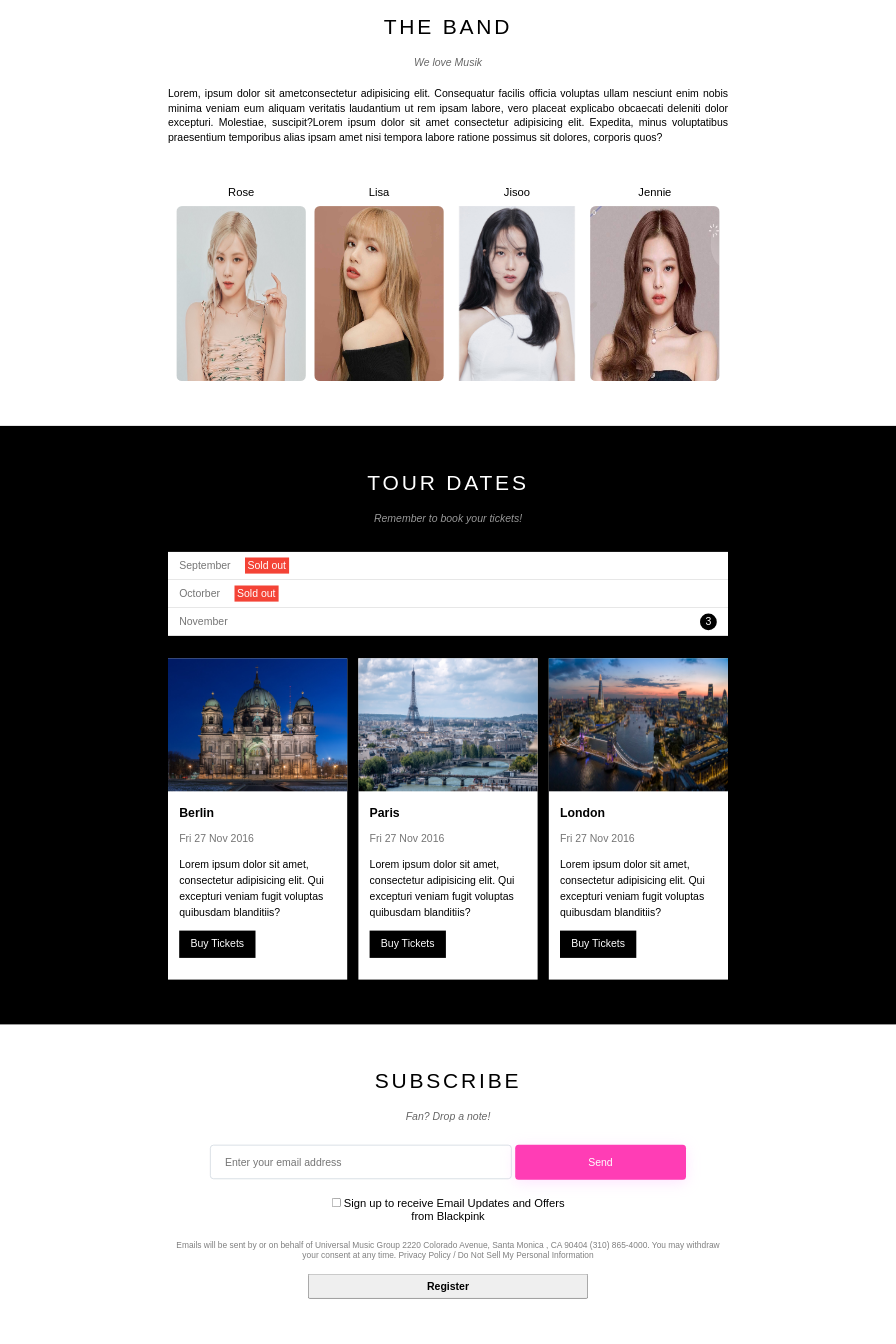
Repository: AiTrinh303/First-Project
Page: /
The author's editor kept a copy of each file at every save. The page is drawn from the files as they stood at one save, then again after a run of saves.
The browser window is 1280 px wide. The pictures show the part of the page from y = 728 to 2648 px (the page is 2648 px tall), at 70% of full size.
The project was rebuilt for these pictures with package versions that can differ from the ones it lists, and the page was loaded fresh each time.

Above is the page before, as saved 2024-01-23 10:26:38.

After the next 5 saves:
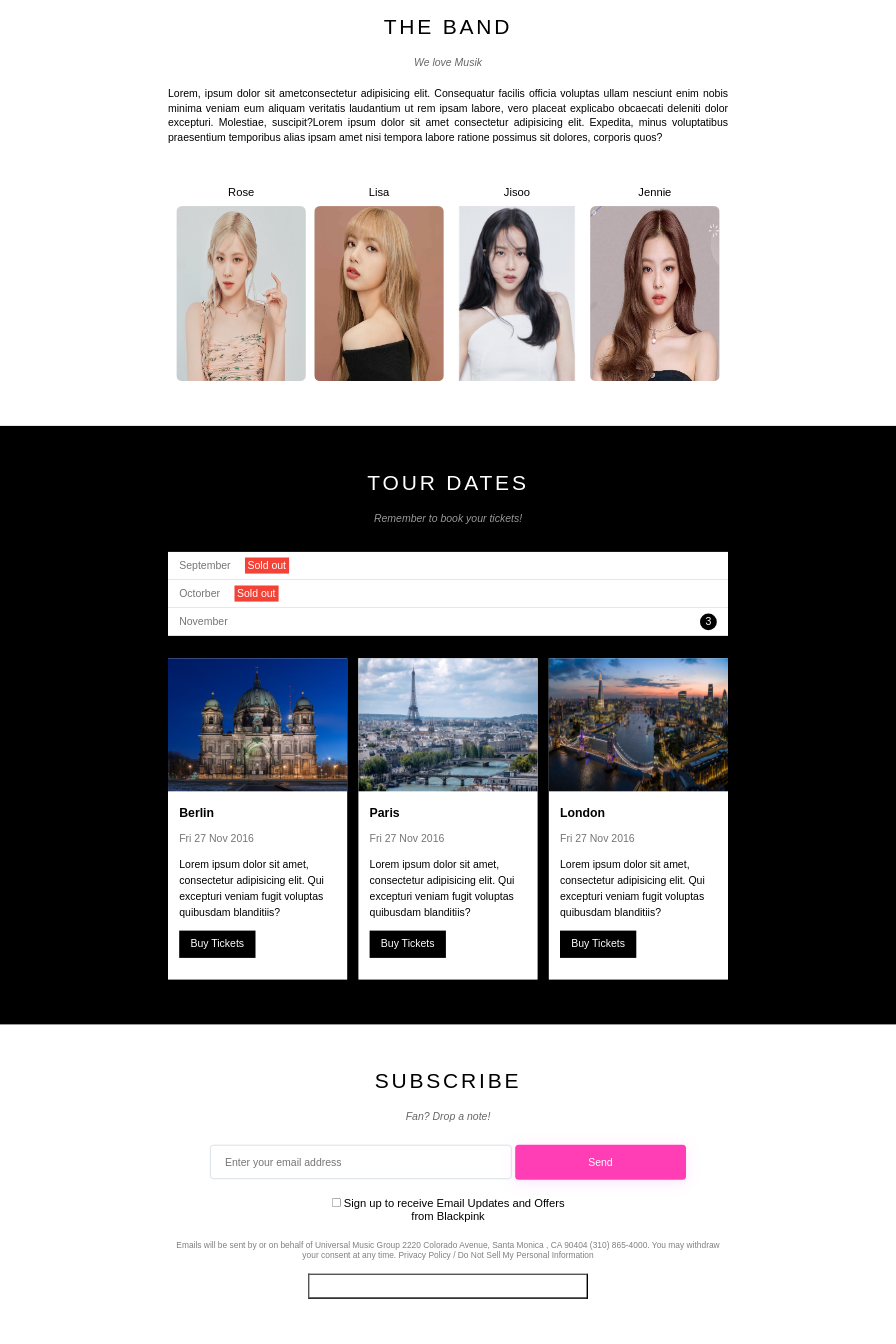
The 5 saves are shown as one change because they came seconds apart.
The last was saved 16 s later.
--- a/src/styles/main.css
+++ b/src/styles/main.css
@@ -326,6 +326,8 @@ width: 345px;
   margin-top: 20px;
   font-size: 15px;
   font-weight: 700;
+  color: #fff;
+  background-color: #fff;
 }
 
 
